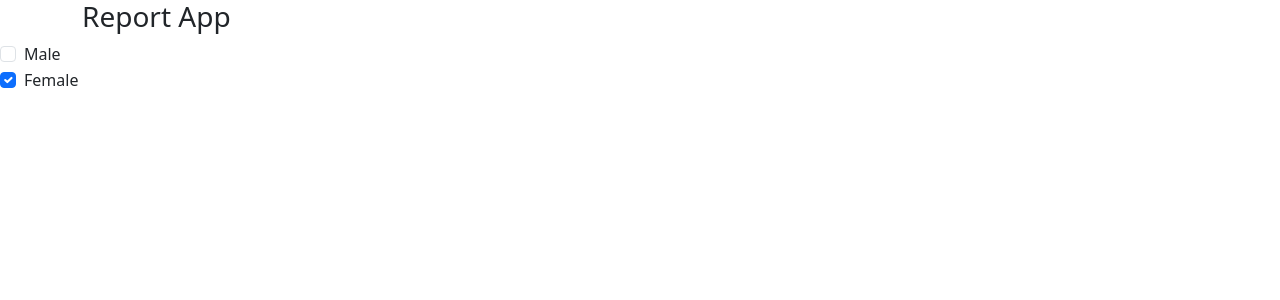
Repository: TejaSin07/ProjectsMini
Page: http://localhost/01_ReportsApp/pages/index.jsp
These files come from the project's save history. The page is drawn as it stood at one moment and after the next save; the edit follows.
The browser window is 1280 px wide. The pictures show the whole page.
The page is served by Tomcat 9. Other server files are loaded and not shown.

Above is the page before, as saved 2025-06-13 05:50:11.

### 01_ReportsApp/src/main/webapp/pages/index.jsp
<%@ page language="java" contentType="text/html; charset=UTF-8"
    pageEncoding="UTF-8"%>
<!DOCTYPE html>
<html>
<head>
    <meta charset="utf-8">
    <meta name="viewport" content="width=device-width, initial-scale=1">
    <title>Bootstrap demo</title>
    <link href="https://cdn.jsdelivr.net/npm/bootstrap@5.3.6/dist/css/bootstrap.min.css" rel="stylesheet" integrity="sha384-4Q6Gf2aSP4eDXB8Miphtr37CMZZQ5oXLH2yaXMJ2w8e2ZtHTl7GptT4jmndRuHDT" crossorigin="anonymous">

</head>
<body>
<div class= "container">
 <h3>Report App</h3>
 </div>
 <div class="form-check">
  <input class="form-check-input" type="checkbox" value="" id="checkDefault">
  <label class="form-check-label" for="checkDefault">
    Male
  </label>
</div>
<div class="form-check">
  <input class="form-check-input" type="checkbox" value="" id="checkChecked" checked>
  <label class="form-check-label" for="checkChecked">
    Female
  </label>
</div>
 <script src="https://cdn.jsdelivr.net/npm/bootstrap@5.3.6/dist/js/bootstrap.bundle.min.js" integrity="sha384-j1CDi7MgGQ12Z7Qab0qlWQ/Qqz24Gc6BM0thvEMVjHnfYGF0rmFCozFSxQBxwHKO" crossorigin="anonymous"></script>

</body>
</html>

After the next save:
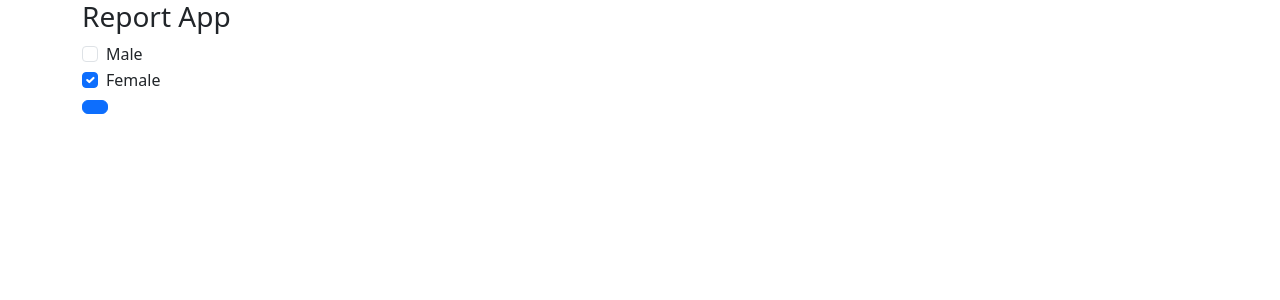
Saved 11 min 10 s later.
--- a/01_ReportsApp/src/main/webapp/pages/index.jsp
+++ b/01_ReportsApp/src/main/webapp/pages/index.jsp
@@ -12,7 +12,7 @@
 <body>
 <div class= "container">
  <h3>Report App</h3>
- </div>
+
  <div class="form-check">
   <input class="form-check-input" type="checkbox" value="" id="checkDefault">
   <label class="form-check-label" for="checkDefault">
@@ -21,9 +21,11 @@
 </div>
 <div class="form-check">
   <input class="form-check-input" type="checkbox" value="" id="checkChecked" checked>
-  <label class="form-check-label" for="checkChecked">
-    Female
-  </label>
+		  <label class="form-check-label" for="checkChecked">
+		    Female
+  		</label>
+	</div>
+	<button class = "btn btn-primary"></button>
 </div>
  <script src="https://cdn.jsdelivr.net/npm/bootstrap@5.3.6/dist/js/bootstrap.bundle.min.js" integrity="sha384-j1CDi7MgGQ12Z7Qab0qlWQ/Qqz24Gc6BM0thvEMVjHnfYGF0rmFCozFSxQBxwHKO" crossorigin="anonymous"></script>
 
